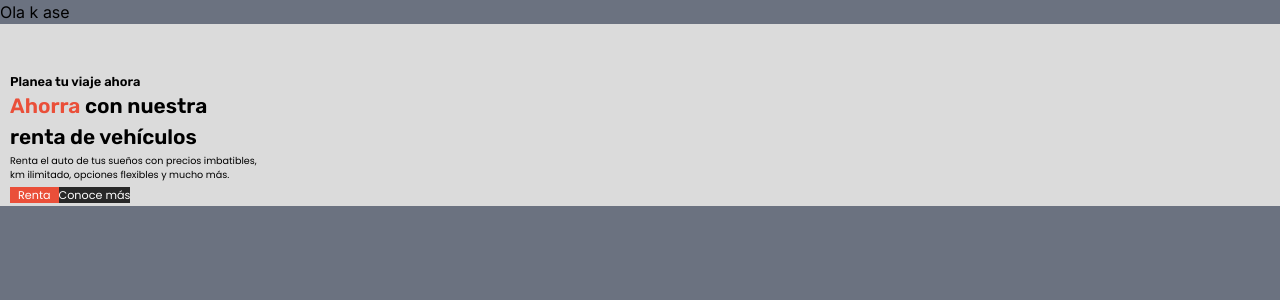
Repository: aldovelacasas/PF_RentCar2
Page: /homePage
These files come from the project's save history. The page is drawn as it stood at one moment and after the next save; the edit follows.
The browser window is 1280 px wide. The pictures show the whole page.
The project was rebuilt for these pictures with package versions that can differ from the ones it lists, and the page was loaded fresh each time. The framework's server and built-in components were replaced by stand-ins that run in the browser. Also part of the build but not shown: next.config.js.

Above is the page before, as saved 2023-08-29 19:13:52.

### src/app/layout.jsx
import "./globals.css";
import { Inter } from "next/font/google";

const inter = Inter({ subsets: ["latin"] });

export const metadata = {
  title: "Create Next App",
  description: "Generated by create next app",
};

export default function RootLayout({ children }) {
  return (
    <html lang="en">
      <body className={inter.className}>
        <h1>Ola k ase</h1>
        <div className="h-[calc(100vh-5rem)]">{children}</div>
      </body>
    </html>
  );
}

### src/app/homePage/page.jsx
import { Rubik, Poppins } from "next/font/google";

const fontRubik = Rubik({
  weight: "600",
  subsets: ["latin"],
});

const fontPoppins = Poppins({
  weight: "400",
  subsets: ["latin"],
});
const poppins = fontPoppins.className;
const rubik = fontRubik.className;

function HomePage() {
  return (
    <div className={`bg-gris_fondo ${rubik} space-y-0 space-x-2.5`}>
      <p className={`pt-12 ml-2.5 text-[0.8em]`}>Planea tu viaje ahora</p>
      <p className="text-[1.3em] mb-0 pb-0">
        <span className="text-naranja_enf mb-0 pb-0">Ahorra </span>
        con nuestra
      </p>
      <p className="text-[1.3em] mt-0 pt-0">renta de vehículos</p>
      <div>
        <p className={`${poppins} text-[0.6em]`}>
          Renta el auto de tus sueños con precios imbatibles,
        </p>
        <p className={`${poppins} text-[0.6em]`}>
          km ilimitado, opciones flexibles y mucho más.
        </p>
        <div>
          <a
            href="#form"
            className={`bg-naranja_enf text-white text-[0.7em] px-2 ${poppins}`}>
            Renta
          </a>
          <a
            href="#form"
            className={`bg-negro_fondo text-white text-[0.7em] ${poppins}`}>
            Conoce más
          </a>
        </div>
      </div>
    </div>
  );
}

export default HomePage;

### src/app/api/products/[id]/route.js
import { NextResponse } from "next/server";
import {conn} from "@/libs/mysql"

export async function GET(request,{params}){
  try {
    const result = await conn.query("SELECT * FROM product WHERE id = ?", [params.id])
    if(result.length === 0 ){
        return NextResponse.json(
         {
            message: "producto no encontrado",
         },
         {
            status:404,
         }
        );
    }
    return NextResponse.json(result[0])
  } catch (error) {
    return NextResponse.json(
        {
            message:error.message,
        },
        {status: 500}
    )
  }
}

export async function DELETE (request,{params} ){
    try {
     const result = await conn.query("DELETE FROM product WHERE id = ?", [params.id]);
     if(result.affectedRows === 0){
         return NextResponse.json({message:"Producto no encontrado"},{status:404})
     }

     return new Response (null, {status: 204})
 } catch (error) {
     return NextResponse.json({message:error.message},{status:500})
 }
    }

export async  function PUT(request, {params}){
   try {
    const data = await request.json()
    const result = await conn.query("UPDATE product SET ? WHERE id = ?", [data , params.id])

    if (result.affectedRows === 0) {
        return NextResponse.json(
        {
            message: "producto no encontrado",
        },
        {
            status: 400,
        }
        )
    }
     const updateProduct = await conn.query("SELECT * FROM product WHERE id = ?", [params.id])

  return NextResponse.json(updateProduct[0])

   } catch (error) {
    return NextResponse.json(
        {
            message: error.message,
        },
        { status: 500}
    )
   }
}

### src/app/api/products/route.js
import { NextResponse } from "next/server";
import {conn} from "@/libs/mysql";

export async function GET(){
    try {
        const results = await conn.query("SELECT * FROM product");
        return NextResponse.json(results)

    } catch (error) {
        return NextResponse.json(
        {
          message: error.message,
        },
        {
            status:500,
        }

        );
    }
}

    export async function POST (request) {
  try {
    const {name, price, year, model, capacity, type, description, image, transmission,  }= await request.json();

    const result  = await conn.query("INSERT INTO product SET ?", {
        name,
        price,
        year,
        model,
        capacity,
        type,
        transmission,
        image,
        description

    })

    return NextResponse.json({
        name,
        price,
        year,
        model,
        capacity,
        type,
        transmission,
        image,
        description,
        id: result.insertId,

    })

  } catch (error) {
    console.log(error);
    return NextResponse.json(
    {
        message: error.message,
    },
    {
        status:500,
    }
    );
  }

}

### src/app/globals.css
@tailwind base;
@tailwind components;
@tailwind utilities;

body {
   @apply bg-gray-500; /* Fondo más claro */
   color: gray-800; /* Texto oscuro */
}

### tailwind.config.js
/** @type {import('tailwindcss').Config} */
module.exports = {
  content: [
    "./src/pages/**/*.{js,ts,jsx,tsx,mdx}",
    "./src/components/**/*.{js,ts,jsx,tsx,mdx}",
    "./src/app/**/*.{js,ts,jsx,tsx,mdx}",
  ],
  theme: {
    extend: {
      backgroundImage: {
        "gradient-radial": "radial-gradient(var(--tw-gradient-stops))",
        "gradient-conic":
          "conic-gradient(from 180deg at 50% 50%, var(--tw-gradient-stops))",
      },
      colors: {
        gris_fondo: "#dbdbdb",
        gris_frente: "#e9e9e9",
        negro_fondo: "#282828",
        naranja_enf: "#ea4f39",
        rojo_status: "#e30613",
        verde_status: "#4aaf4d",
        amarillo_status: "#f0e400",
      },
    },
  },
  plugins: [],
};

Loaded but not shown: src/app/api/bookings/[id]/route.js (no copy from this time; the picture is the same without it); src/app/api/bookings/route.js (no copy from this time; the picture is the same without it); src/app/api/create-payment-intent/route.js (no copy from this time; the picture is the same without it); src/app/api/post/[id]/route.js (no copy from this time; the picture is the same without it); src/app/api/post/route.js (no copy from this time; the picture is the same without it); src/app/api/users/[id]/route.js (no copy from this time; the picture is the same without it); src/app/api/users/route.js (no copy from this time; the picture is the same without it)

After the next save:
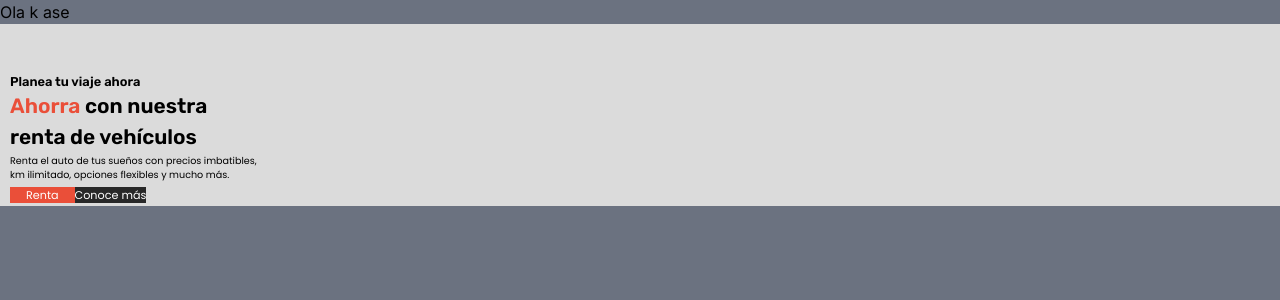
Saved 6 s later.
--- a/src/app/homePage/page.jsx
+++ b/src/app/homePage/page.jsx
@@ -31,7 +31,7 @@ function HomePage() {
         <div>
           <a
             href="#form"
-            className={`bg-naranja_enf text-white text-[0.7em] px-2 ${poppins}`}>
+            className={`bg-naranja_enf text-white text-[0.7em] px-4 ${poppins}`}>
             Renta
           </a>
           <a
